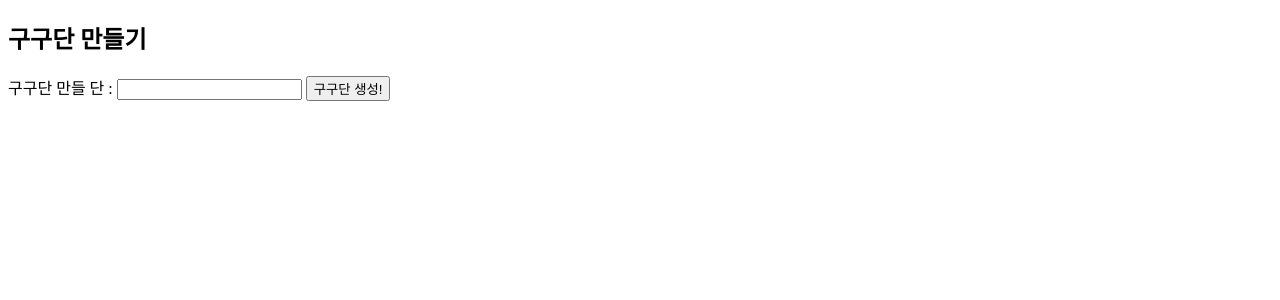
Repository: wooyeonhui/SmartContents
Page: http://localhost/MyHome3/multy/multySend.jsp
An editor plug-in stored every save of this project. The page is shown before and after the next save, followed by the edit.
The browser window is 1280 px wide. The pictures show the whole page.
The page is served by Tomcat 9.

Above is the page before, as saved 2017-01-12 06:09:16.

After the next save:
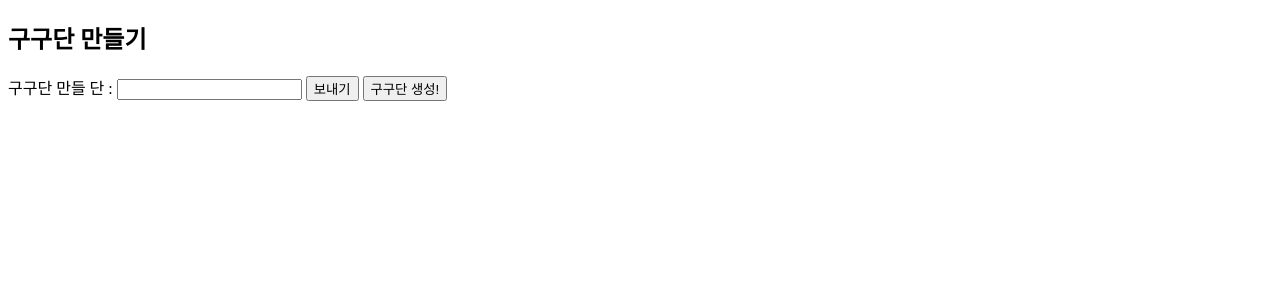
Saved 6 min 3 s later.
--- a/Java/workspace_20170111/MyHome3/multy/multySend.jsp
+++ b/Java/workspace_20170111/MyHome3/multy/multySend.jsp
@@ -5,13 +5,26 @@
 <head>
 <meta http-equiv="Content-Type" content="text/html; charset=utf-8">
 <title>Insert title here</title>
+<script>
+function goSend()
+{
+	var frm = document.myform; //폼객체를 가져온다
+	if(frm.x.value=="")
+		{
+		alert("구구단을 입력하세요");
+		frm.x.focus();
+		return false;//이거 안해주면 안된다.
+		}
+	frm.submit(); //서버로 전송하기
+	}
+</script>
 </head>
 <body>
-<form name="form" method="post" action="multyReceive.jsp">
+<form name="myform" method="post" action="multyReceive.jsp">
     <h2>구구단 만들기</h2>
     <span>구구단 만들 단 : </span>
     <input type="text" name="x">
-
+    <input type="button" onclick="goSend()" value="보내기">
     <input type="submit" value="구구단 생성!">
 
 </form>
